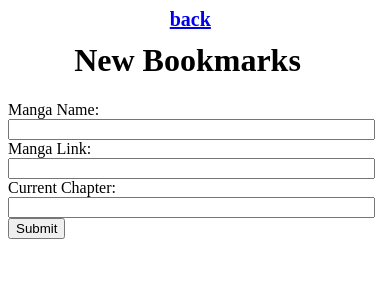
Repository: PA055/Manga-Bookmarks
Page: new.html
These files come from the project's save history. The page is drawn as it stood at one moment and after the next save; the edit follows.
The browser window is 375 px wide. The pictures show the whole page.

Above is the page before, as saved 2023-03-11 12:03:34.
Console error: ReferenceError: $ is not defined

After the next save:
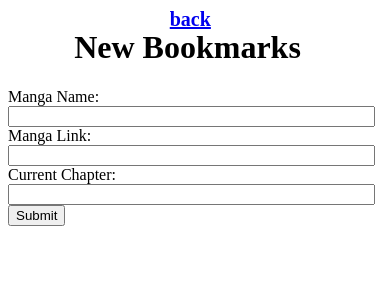
Saved 21 s later.
--- a/main.css
+++ b/main.css
@@ -35,6 +35,7 @@ h1 {
         display: block;
         float: none;
         width: 96%;
+        height: 10px;
         text-align: center;
         margin-bottom: -10px;
     }
